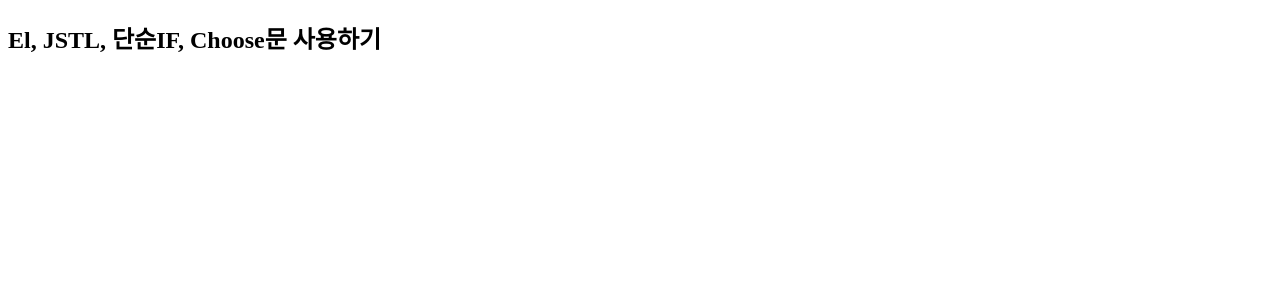
Repository: siwoo1214/acorn_server
Page: http://localhost/day08Prac/ex05
These files come from the project's save history. The page is drawn as it stood at one moment and after the next save; the edit follows.
The browser window is 1280 px wide. The pictures show the whole page.
The page is served by Tomcat 9. Other server files are loaded and not shown.

Above is the page before, as saved 2025-04-09 07:07:23.

### day08Prac/src/main/webapp/WEB-INF/views/ex05.jsp
<%@ page language="java" contentType="text/html; charset=UTF-8"
    pageEncoding="UTF-8"%>
<%@ taglib uri="http://java.sun.com/jsp/jstl/core" prefix="c" %>
<!DOCTYPE html>
<html>
<head>
<meta charset="UTF-8">
<title>Insert title here</title>
</head>
<body>
	<h2>El, JSTL, 단순IF, Choose문 사용하기</h2>

	<% request.setAttribute("kor", 90); %>
	<!-- 조건 만족하면 안에 문장 실행 -->
	<c:if test="${kor>90}">
		[장학금 지급]
	</c:if>
</body>
</html>

### day08Prac/src/main/java/day08Prac/eljst/Ex05Servlet.java
package day08Prac.eljst;

import java.io.IOException;
import java.util.ArrayList;

import javax.servlet.ServletException;
import javax.servlet.annotation.WebServlet;
import javax.servlet.http.HttpServlet;
import javax.servlet.http.HttpServletRequest;
import javax.servlet.http.HttpServletResponse;

@WebServlet("/ex05")
public class Ex05Servlet extends HttpServlet{
	@Override
	protected void doGet(HttpServletRequest req, HttpServletResponse resp) throws ServletException, IOException {

		req.getRequestDispatcher("WEB-INF/views/ex05.jsp").forward(req, resp);
	}
}

After the next save:
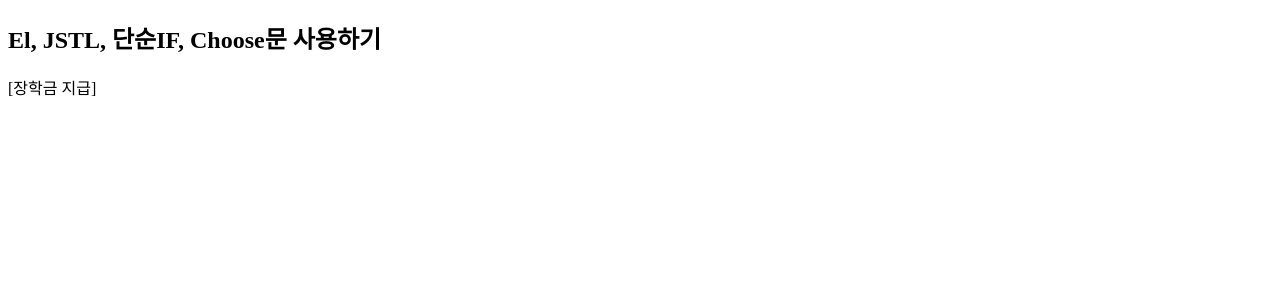
Saved 14 s later.
--- a/day08Prac/src/main/webapp/WEB-INF/views/ex05.jsp
+++ b/day08Prac/src/main/webapp/WEB-INF/views/ex05.jsp
@@ -12,7 +12,7 @@
 
 	<% request.setAttribute("kor", 90); %>
 	<!-- 조건 만족하면 안에 문장 실행 -->
-	<c:if test="${kor>90}">
+	<c:if test="${kor>=90}">
 		[장학금 지급]
 	</c:if>
 </body>
